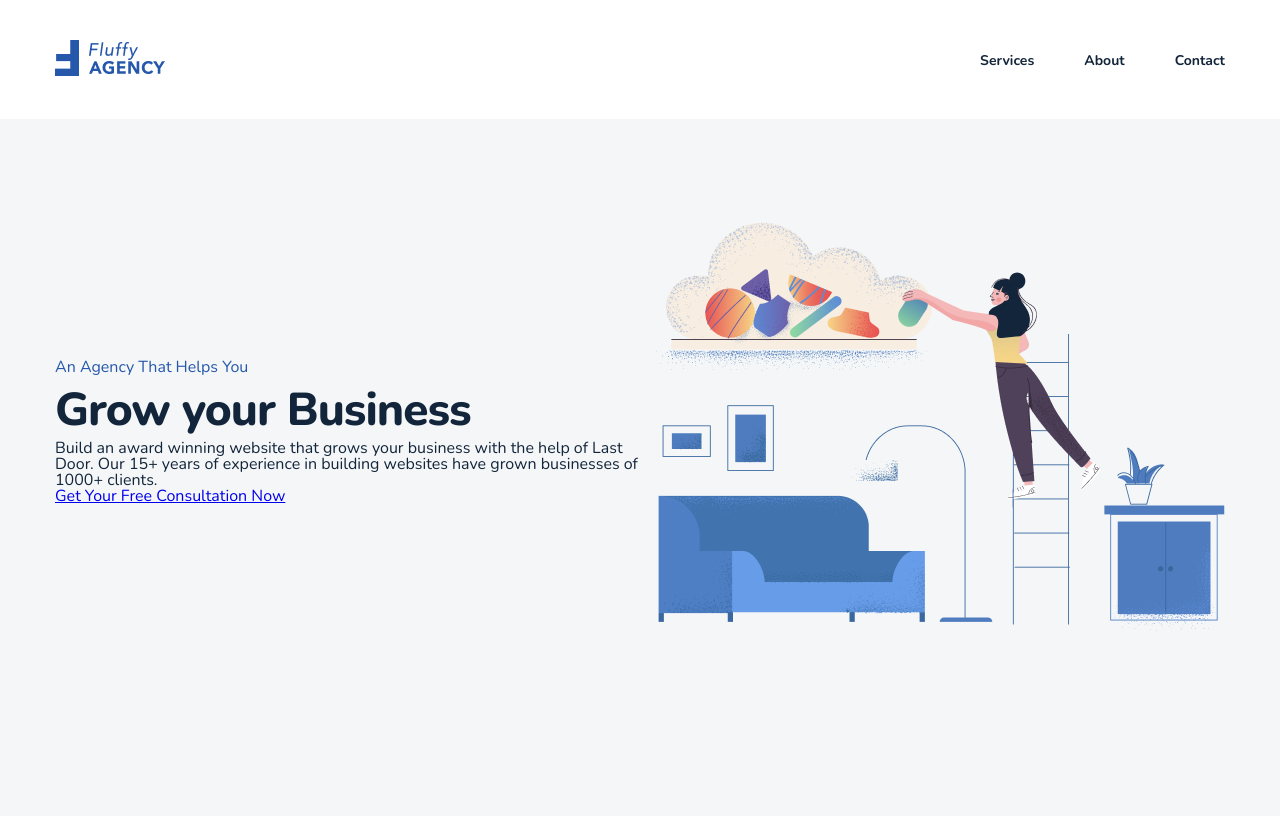
Repository: pixendrit/beetroot-fe-g1
Page: classwork/11 - Creating forms/fluffy-agency/index.html
An editor plug-in stored every save of this project. The page is shown before and after the next save, followed by the edit.
The browser window is 1280 px wide. The pictures show the whole page.

Above is the page before, as saved 2021-02-06 12:06:14.

After the next save:
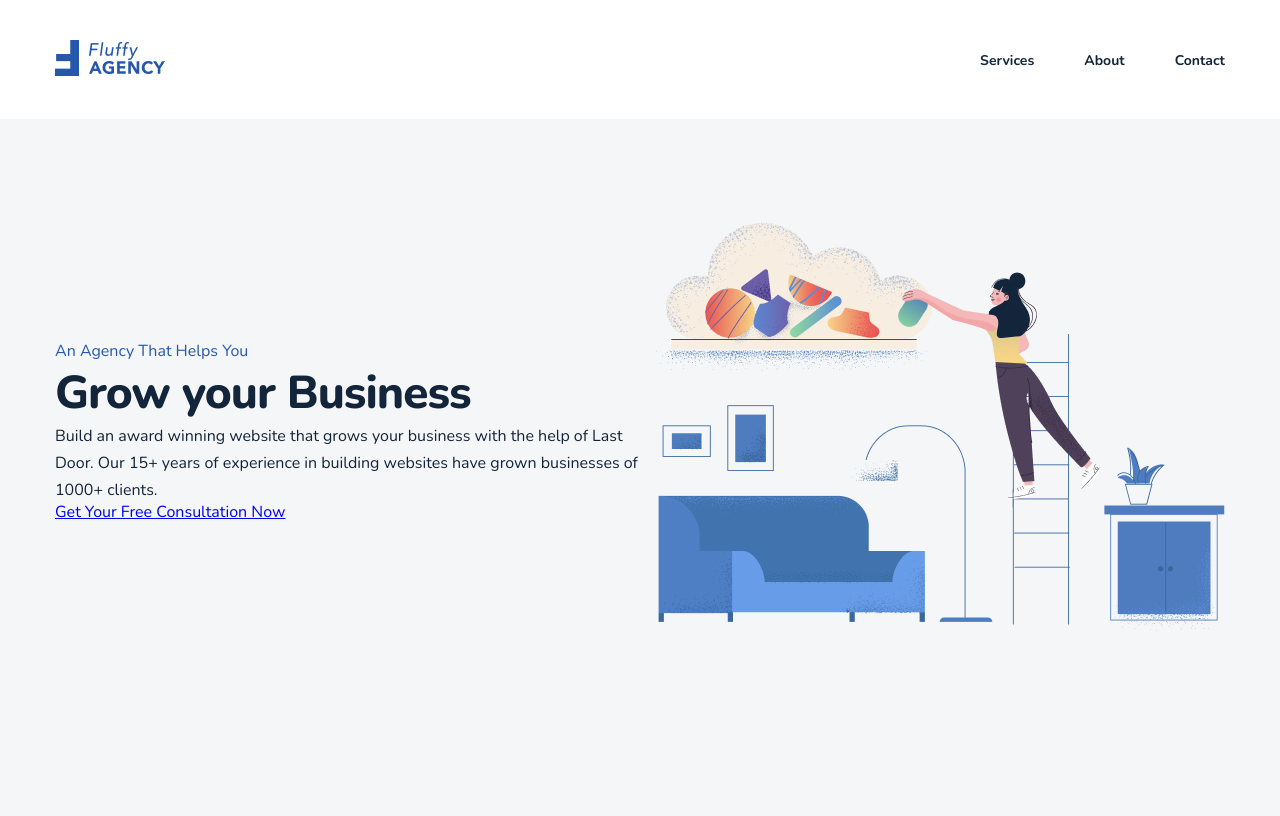
Saved 27 s later.
--- a/classwork/11 - Creating forms/fluffy-agency/styles/style.css
+++ b/classwork/11 - Creating forms/fluffy-agency/styles/style.css
@@ -124,4 +124,10 @@
   color: #13253A;
   font-weight: 800;
 }
+.hero p{
+font-size: 16px;
+line-height: 169% ;
+color: #13253A;
+
+}
 /* END HERO BANNER */
